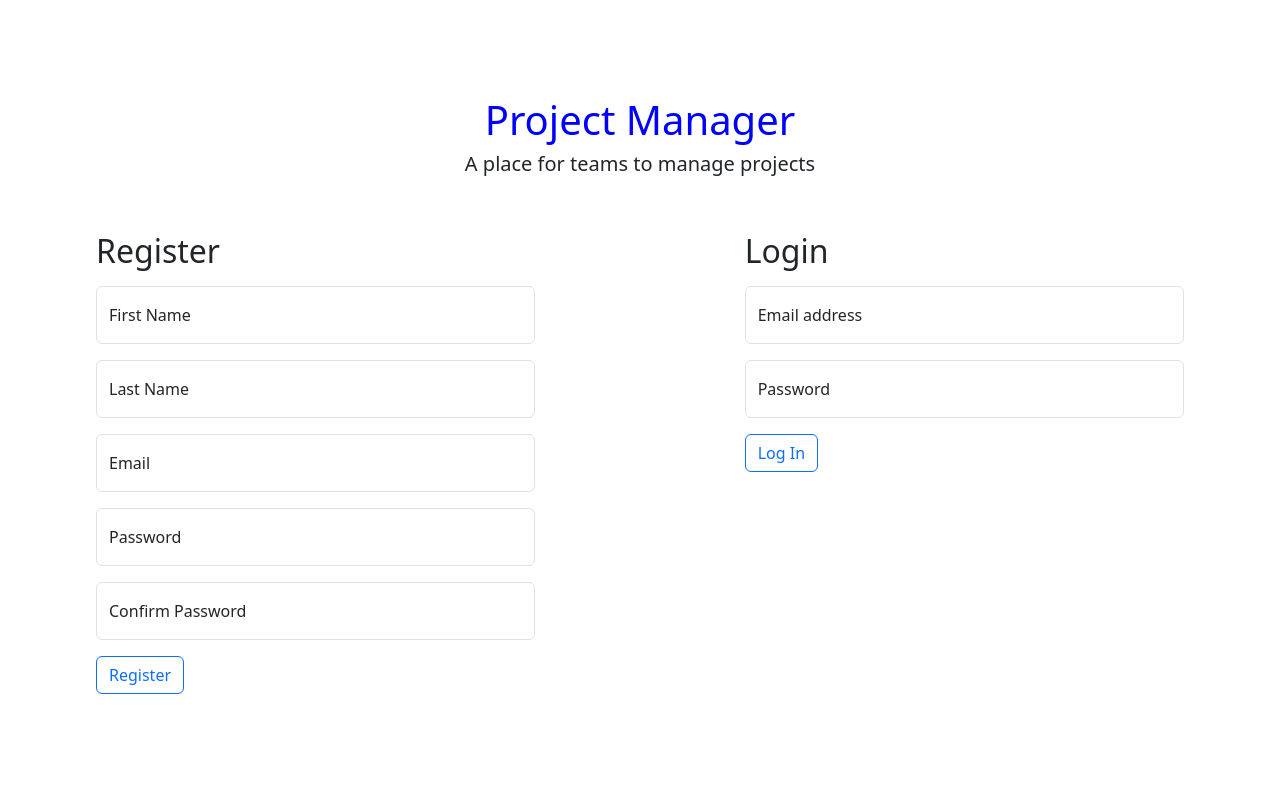
Repository: ShathaMorales/Java-Stack
Page: http://localhost/LoginRegistration/WEB-INF/index.jsp
These files come from the project's save history. The page is drawn as it stood at one moment and after the next save; the edit follows.
The browser window is 1280 px wide. The pictures show the whole page.
The page is served by Tomcat 10. Nobody is signed in. Other server files are loaded and not shown. The template is opened directly, without the code that normally fills it, so the values that code supplies are empty.

Above is the page before, as saved 2023-05-13 09:23:35.

### _java/FullSpring/ProjectManager/LoginRegistration/src/main/webapp/WEB-INF/index.jsp
<%@ page language="java" contentType="text/html; charset=UTF-8" pageEncoding="UTF-8"%>
<%@ taglib prefix = "c" uri = "http://java.sun.com/jsp/jstl/core" %>
<%@ taglib uri="http://java.sun.com/jsp/jstl/fmt" prefix="fmt"  %>
<%@ taglib prefix="form" uri="http://www.springframework.org/tags/form"%>
<%@ page isErrorPage="true" %>
<!DOCTYPE html>
<html>
<head>
<meta charset="UTF-8">
<link href="https://cdn.jsdelivr.net/npm/bootstrap@5.3.0-alpha3/dist/css/bootstrap.min.css" rel="stylesheet" integrity="sha384-KK94CHFLLe+nY2dmCWGMq91rCGa5gtU4mk92HdvYe+M/SXH301p5ILy+dN9+nJOZ" crossorigin="anonymous">
<title>Login and Registration</title>
</head>
<body>
	<div class="container-md-fluid m-5 p-5">
    	<div class="row justify-content-between">
    	<h1 style="color:blue"class="text-center">Project Manager</h1>
    	<h5 class="text-center">A place for teams to manage projects</h5>
            <div class = "col-5 mt-5">
    			<h2>Register</h2>
                <form:form action="/register" method="post" modelAttribute="newUser">
                    <div class="form-floating my-3">
                      <form:input path="firstName" class="form-control" name = "firstName" id="floatingInput" placeholder="name@example.com"/>
                      <form:label path="firstName" for="floatingInput">First Name</form:label>
                        <form:errors path="firstName" class = "my-3" style="color: blue;"/>
                    </div>
                    <div class="form-floating my-3">
                      <form:input path="lastName" class="form-control" name = "lastName" id="floatingInput" placeholder="name@example.com"/>
                      <form:label path="lastName" for="floatingInput">Last Name</form:label>
                        <form:errors path="lastName" class = "my-3" style="color: blue;"/>
                    </div>
                    <div class="form-floating my-3">
                      <form:input type="email" path="email" class="form-control" name = "email" id="floatingInput" placeholder="name@example.com"/>
                      <form:label path="email" for="floatingInput">Email</form:label>
                        <form:errors path="email" class = "my-3" style="color: blue;"/>
                    </div>
                    <div class="form-floating my-3">
                      <form:input type="password" path="password" class="form-control" name = "password" id="floatingInput" placeholder="name@example.com"/>
                      <form:label path="password" for="floatingInput">Password</form:label>
                        <form:errors path="password" class = "my-3" style="color: blue;"/>
                    </div>
                    <div class="form-floating my-3">
                      <form:input type="password"  path="confirm" class="form-control" name = "confirm" id="floatingInput" placeholder="name@example.com"/>
                      <form:label path="confirm" for="floatingInput">Confirm Password</form:label>
                        <form:errors path="confirm" class = "my-3" style="color: blue;"/>
                    </div>
                    <button type="submit" class="btn btn-outline-primary align-self-center">Register</button>
                    </form:form>
    		</div>
    		 <div class = "col-5 mt-5">
    			<h2>Login</h2>
                <form:form action="/login" method="post" modelAttribute="newLogin">
                    <div class="form-floating my-3">
                      <form:input type="email" path="email" class="form-control" name = "email" id="floatingInput" placeholder="name@example.com"/>
                      <form:label path="email" for="floatingInput">Email address</form:label>
                        <form:errors path="email" class = "my-3" style="color: blue;"/>
                    </div>
                    <div class="form-floating my-3">
                      <form:input type="password" path="password" class="form-control" name = "password" id="floatingInput" placeholder="name@example.com"/>
                      <form:label path="password" for="floatingInput">Password</form:label>
                        <form:errors path="password" class = "my-3" style="color: blue;"/>
                    </div>
                    <button type="submit" class="btn btn-outline-primary align-self-center">Log In</button>
                    </form:form>
    		</div>
    		</div>
    </div>
</body>
</html>

After the next save:
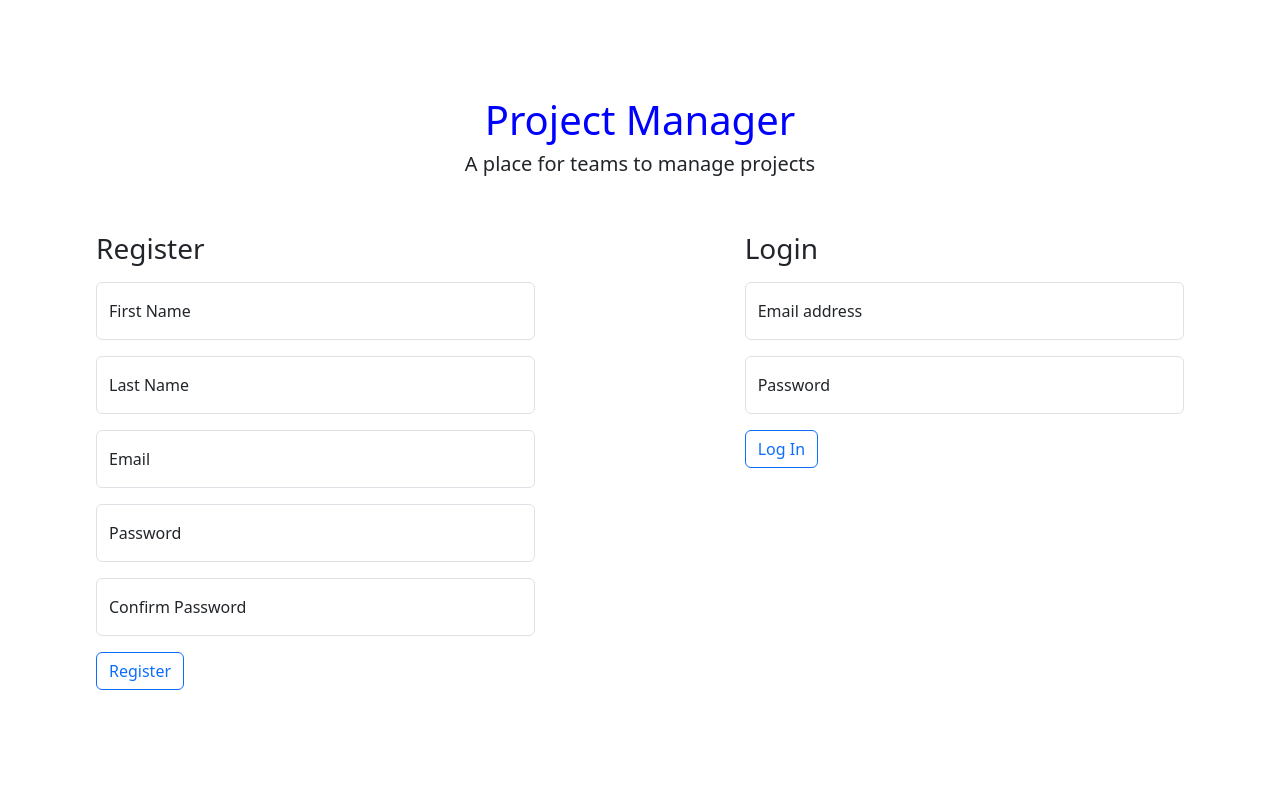
Saved 32 s later.
--- a/_java/FullSpring/ProjectManager/LoginRegistration/src/main/webapp/WEB-INF/index.jsp
+++ b/_java/FullSpring/ProjectManager/LoginRegistration/src/main/webapp/WEB-INF/index.jsp
@@ -16,7 +16,7 @@
     	<h1 style="color:blue"class="text-center">Project Manager</h1>
     	<h5 class="text-center">A place for teams to manage projects</h5>
             <div class = "col-5 mt-5">
-    			<h2>Register</h2>
+    			<h3>Register</h3>
                 <form:form action="/register" method="post" modelAttribute="newUser">
                     <div class="form-floating my-3">
                       <form:input path="firstName" class="form-control" name = "firstName" id="floatingInput" placeholder="name@example.com"/>
@@ -47,7 +47,7 @@
                     </form:form>
     		</div>
     		 <div class = "col-5 mt-5">
-    			<h2>Login</h2>
+    			<h3>Login</h3>
                 <form:form action="/login" method="post" modelAttribute="newLogin">
                     <div class="form-floating my-3">
                       <form:input type="email" path="email" class="form-control" name = "email" id="floatingInput" placeholder="name@example.com"/>
